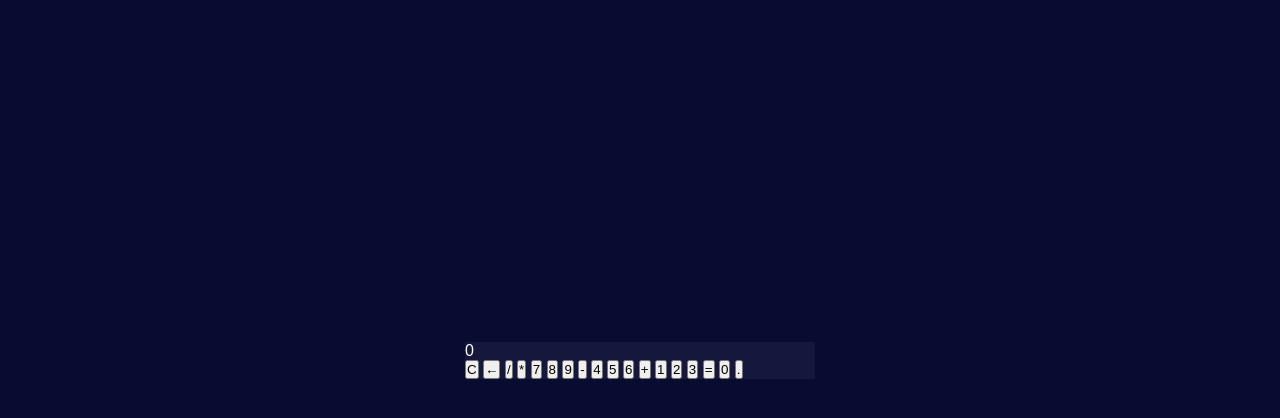
Repository: Herinyhert/Calculator
Page: index.html
An editor plug-in stored every save of this project. The page is shown before and after the next save, followed by the edit.
The browser window is 1280 px wide. The pictures show the whole page.

Above is the page before, as saved 2023-05-21 20:41:39.

### index.html
<html lang="en">
<head>
    <meta charset="UTF-8">
    <meta http-equiv="X-UA-Compatible" content="IE=edge">
    <meta name="viewport" content="width=device-width, initial-scale=1.0">
    <title>Calculator</title>
    <link rel="stylesheet" href="./css/main.css">
</head>
<body>
    <div class="calculator">
        <div class="window">0</div>
        <button id="c" class="btn">C</button>
        <button id="delete"class="btn">←</button>
        <button class="btn">/</button>
        <button class="btn">*</button>
        <button class="btn">7</button>
        <button class="btn">8</button>
        <button class="btn">9</button>
        <button class="btn">-</button>
        <button class="btn">4</button>
        <button class="btn">5</button>
        <button class="btn">6</button>
        <button class="btn">+</button>
        <button class="btn">1</button>
        <button class="btn">2</button>
        <button class="btn">3</button>
        <button id="equal" class="btn">=</button>
        <button id="cero" class="btn">0</button>
        <button class="btn">.</button>
    </div>

    <script src="./JS/main.js"></script>
</body>
</html>

### css/main.css
*{
    margin: 0;
    padding: 0;
    box-sizing: border-box;
    font-family: sans-serif;
}

body{
    min-height: 100vh;
    background-color: #090c31;
    display: flex;
    justify-content: center;
    align-items: center;
}

.calculator{
    background-color: #15173c;
    color: white;
    width: 350px;
    max-width: 100%;
    padding: 1.5ren;
}

Loaded but not shown: JS/main.js (no stored copy; drawn as an empty file)

After the next save:
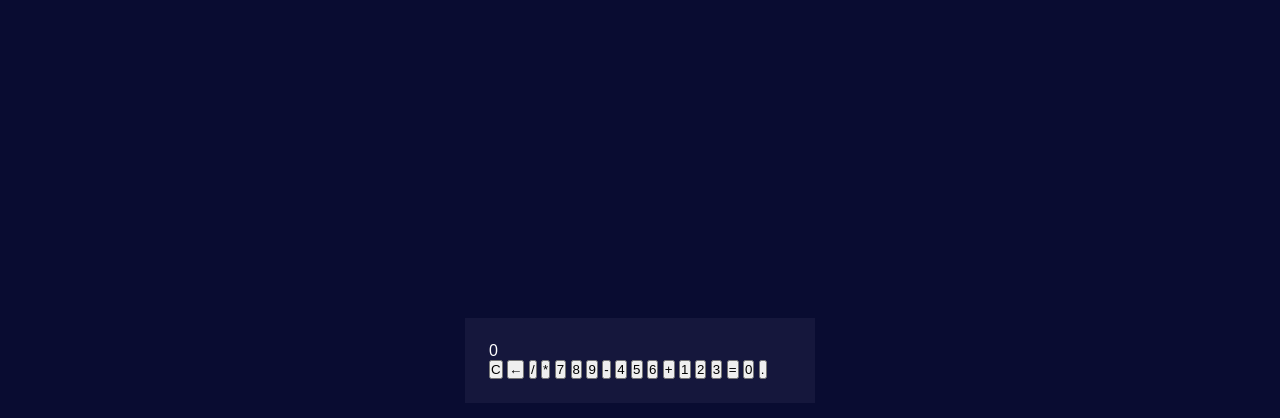
Saved 6 s later.
--- a/css/main.css
+++ b/css/main.css
@@ -18,5 +18,5 @@ body{
     color: white;
     width: 350px;
     max-width: 100%;
-    padding: 1.5ren;
+    padding: 1.5rem;
 }
